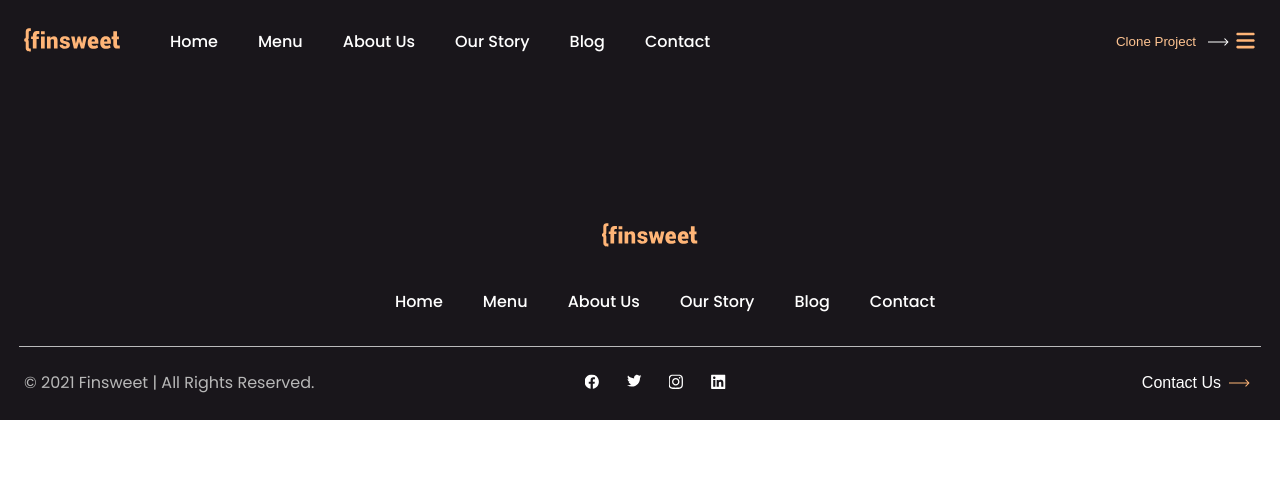
Repository: Minns-Cao/project-finsweet
Page: contact.html
The author's editor kept a copy of each file at every save. The page is drawn from the files as they stood at one save, then again after a run of saves.
The browser window is 1280 px wide. The pictures show the whole page.
Some web fonts or font styles are not loaded; a fallback is used.

Above is the page before, as saved 2023-04-28 15:19:02.

### contact.html
<!DOCTYPE html>
<html lang="en">
    <head>
        <meta charset="UTF-8" />
        <meta http-equiv="X-UA-Compatible" content="IE=edge" />
        <meta name="viewport" content="width=device-width, initial-scale=1.0" />
        <title>Finsweet</title>
        <!-- Reset CSS -->
        <link rel="stylesheet" href="./assets/css/reset.css" />
        <!-- Style -->
        <link rel="stylesheet" href="./assets/css/style.css" />
        <!-- Fonts -->
        <link rel="preconnect" href="https://fonts.googleapis.com" />
        <link rel="preconnect" href="https://fonts.gstatic.com" crossorigin />
        <link
            href="https://fonts.googleapis.com/css2?family=Playfair+Display:ital,wght@0,400;0,500;0,600;0,700;0,800;0,900;1,400;1,500;1,600;1,700;1,800;1,900&family=Poppins:ital,wght@0,300;0,400;0,500;0,600;1,300;1,400;1,500;1,600&display=swap"
            rel="stylesheet"
        />
    </head>
    <body>
        <!-- ========================================Contact Page================================================ -->
        <!-- Header -->
        <header class="fixed header">
            <div class="main-content">
                <div class="body">
                    <!-- Logo -->
                    <a href="./index.html"
                        ><img
                            src="./assets/img/Logo.svg"
                            alt="logo"
                            class="logo"
                    /></a>
                    <!-- Navigation -->
                    <div class="nav">
                        <ul>
                            <li>
                                <a href="./index.html">Home</a>
                            </li>
                            <li>
                                <a href="./menu.html">Menu</a>
                            </li>
                            <li>
                                <a href="./aboutUs.html">About Us</a>
                            </li>
                            <li>
                                <a href="./ourStory.html">Our Story</a>
                            </li>
                            <li>
                                <a href="./blog.html">Blog</a>
                            </li>
                            <li>
                                <a href="./contact.html">Contact</a>
                            </li>
                        </ul>
                    </div>
                    <!-- Action -->
                    <button class="action">
                        <span class="label">Clone Project</span>
                        <img
                            src="./assets/img/arrow-to-right.svg"
                            alt="arrow-to-right"
                            class="arrow-to-right"
                        />
                    </button>
                    <!-- Navigation Mobile -->
                    <div class="nav-mb-btn">
                        <svg
                            xmlns="http://www.w3.org/2000/svg"
                            viewBox="0 0 448 512"
                            width="21"
                            height="21"
                        >
                            <path
                                d="M0 96C0 78.3 14.3 64 32 64H416c17.7 0 32 14.3 32 32s-14.3 32-32 32H32C14.3 128 0 113.7 0 96zM0 256c0-17.7 14.3-32 32-32H416c17.7 0 32 14.3 32 32s-14.3 32-32 32H32c-17.7 0-32-14.3-32-32zM448 416c0 17.7-14.3 32-32 32H32c-17.7 0-32-14.3-32-32s14.3-32 32-32H416c17.7 0 32 14.3 32 32z "
                                fill="#FFB577"
                            />
                        </svg>
                    </div>
                </div>
            </div>
        </header>
        <!-- Footer -->
        <footer class="footer">
            <div class="main-content">
                <div class="body">
                    <!-- Logo -->
                    <a href="#"
                        ><img
                            src="./assets/img/Logo.svg"
                            alt="logo"
                            class="logo"
                    /></a>
                    <!-- Navigation -->
                    <div class="nav">
                        <ul>
                            <li>
                                <a href="./index.html">Home</a>
                            </li>
                            <li>
                                <a href="#">Menu</a>
                            </li>
                            <li>
                                <a href="./aboutUs.html">About Us</a>
                            </li>
                            <li>
                                <a href="./ourStory.html">Our Story</a>
                            </li>
                            <li>
                                <a href="./blog.html">Blog</a>
                            </li>
                            <li>
                                <a href="./contact.html">Contact</a>
                            </li>
                        </ul>
                    </div>
                    <!-- Contact-Footer -->
                    <div class="contact-footer">
                        <!-- Copyright -->
                        <div class="container">
                            <p class="copyright">
                                © 2021 Finsweet | All rights reserved.
                            </p>
                        </div>
                        <!-- Socials -->
                        <div class="socials-list">
                            <div class="social">
                                <img
                                    src="./assets/img/icon/icon_facebook.svg"
                                    alt="icon_facebook"
                                />
                            </div>
                            <div class="social">
                                <img
                                    src="./assets/img/icon/icon_twitter.svg"
                                    alt="icon_twitter"
                                />
                            </div>
                            <div class="social">
                                <img
                                    src="./assets/img/icon/icon_instagram.svg"
                                    alt="icon_instagram"
                                />
                            </div>
                            <div class="social">
                                <img
                                    src="./assets/img/icon/icon_linkin.svg"
                                    alt="icon_linkin"
                                />
                            </div>
                        </div>
                        <!-- action -->
                        <button
                            class="action"
                            onclick="window.location.href='./contact.html'"
                        >
                            <span class="label-med">Contact Us</span>
                            <svg
                                width="21"
                                height="8"
                                viewBox="0 0 21 8"
                                fill="none"
                                xmlns="http://www.w3.org/2000/svg"
                            >
                                <path
                                    d="M20.3536 4.35355C20.5488 4.15829 20.5488 3.84171 20.3536 3.64645L17.1716 0.464466C16.9763 0.269204 16.6597 0.269204 16.4645 0.464466C16.2692 0.659728 16.2692 0.976311 16.4645 1.17157L19.2929 4L16.4645 6.82843C16.2692 7.02369 16.2692 7.34027 16.4645 7.53553C16.6597 7.7308 16.9763 7.7308 17.1716 7.53553L20.3536 4.35355ZM0 4.5L20 4.5V3.5L0 3.5L0 4.5Z"
                                    fill="#FFB577"
                                />
                            </svg>
                        </button>
                    </div>
                </div>
            </div>
        </footer>
    </body>
</html>

### assets/css/style.css
* {
    box-sizing: border-box;
}

:root {
    --primary-color: #ffb577;
    --background-color: #19161b;
    --font-heading: Playfair Display, "serif";
}

html,
body {
    scroll-behavior: smooth;
}

html {
    font-size: 62.5%;
}

body {
    font-size: 1.6rem;
    font-family: "Poppins", sans-serif;
}

/* ================common=================*/
.main-content {
    width: 1280px;
    max-width: calc(100% - 48px);
    margin-left: auto;
    margin-right: auto;
}

a {
    text-decoration: none;
}

.btn {
    border: none;
    background: #ffb577;
    padding: 12px 24px;
}

.label-med {
    margin-right: 8px;
    font-weight: 500;
    font-size: 1.6rem;
    line-height: 1.5;
    color: #2e2d33;
}

.label-extransmall {
    font-weight: 500;
    font-size: 1.2rem;
    line-height: 1.33;
    color: #FFFFFF;
}

.heading {
    font-family: var(--font-heading);
    font-style: normal;
    color: #ffffff;
}

.lv1 {
    font-weight: 700;
    font-size: 5.6rem;
    line-height: 1.21;
}

.lv2 {
    font-weight: 700;
    font-size: 4.8rem;
    line-height: 1.21;
}

.lv3 {
    font-weight: 700;
    font-size: 3.3rem;
    line-height: 1.5;
}

.lv4 {
    font-weight: 700;
    font-size: 2rem;
    line-height: 1.5;
}

.lv5 {
    font-weight: 700;
    font-size: 1.4rem;
    line-height: 1.5;
}

.desc {
    font-weight: 400;
    font-size: 1.6rem;
    line-height: 1.75;
    color: #b8b8b8;
}

.caption {
    position: relative;
    display: inline-block;
    font-family: var(--font-heading);
    font-weight: 400;
    font-size: 1.6rem;
    line-height: 1.5;
    color: #ffb577;
}

.caption::after {
    position: absolute;
    content: "";
    display: block;
    width: 48px;
    border: 0.5px solid #ffffff;
    top: 50%;
    right: calc(-48px - 16px);
}

/* ================Header=================*/
.fixed {
    position: sticky;
    top: -20px;
    z-index: 1;
}

.header {
    background-color: var(--background-color);
}

.header .body {
    display: flex;
    align-items: center;
    padding: 28px 0px 8px;
}

.nav ul {
    display: flex;
    gap: 40px;
    margin-left: 50px;
}

.nav li a {
    font-weight: 500;
    font-size: 1.6rem;
    line-height: 1.5;
    color: #ffffff;
}

.header .action {
    display: flex;
    justify-content: center;
    align-items: center;
    margin-left: auto;
    border: none;
    background-color: var(--background-color);
}

.header .action .label {
    margin-right: 12px;
    color: #ffc492;
}

/* ================Footer=================*/

.footer {
    background-color: var(--background-color);
    padding-top: 160px;
    padding-bottom: 24px;
}

.footer .logo {
    display: block;
    margin-left: auto;
    margin-right: auto;
    transform: translateX(+10%);
}

.footer .nav{
    position: relative;
    display: flex;
    justify-content: center;
    align-items: center;

    margin-top: 43px;
}

.footer .nav::after {
    position: absolute;
    content: "";
    display: block;
    width: 97vw;
    height: 0.5px;
    background-color: #FFF;
    bottom: -32px;
    opacity: 0.7;
}

.contact-footer {
    display: flex;
    justify-content: space-between;
    align-items: center;
    margin-top: 56px;
}


.contact-footer .copyright {
    font-weight: 400;
    font-size: 1.6rem;
    line-height: 1.5;
    text-transform: capitalize;
    color: #B8B8B8;
}

.contact-footer .socials-list {
    display: flex;
    gap: 27px;
    transform: translateX(-50%);
}

.contact-footer .action {
    display: flex;
    justify-content: center;
    align-items: center;
    border: none;
    background-color: var(--background-color);
}

.contact-footer .action .label-med {
    color: #FFFFFF;
}


/* ==================Responsive==================== */

@media (max-width: 768px) {
    /* Header */
    .header .nav,
    .header .action {
        display: none;
    }

    /* Footer */
    .footer .logo {
        display: none;
    }

    .footer .nav ul {
        flex-direction: column;
        justify-content: center;
        align-items: center;
        transform: translateX(-50%);
    }

    .contact-footer {
        flex-direction: column-reverse;
        justify-content: center;
        align-items: center;
        gap: 10px;
    }

    .contact-footer .socials-list {
        justify-content: center;
        align-items: center;
        transform: translateX(0);
    }
}

Loaded but not shown: assets/css/reset.css (common file)

After the next 2 saves:
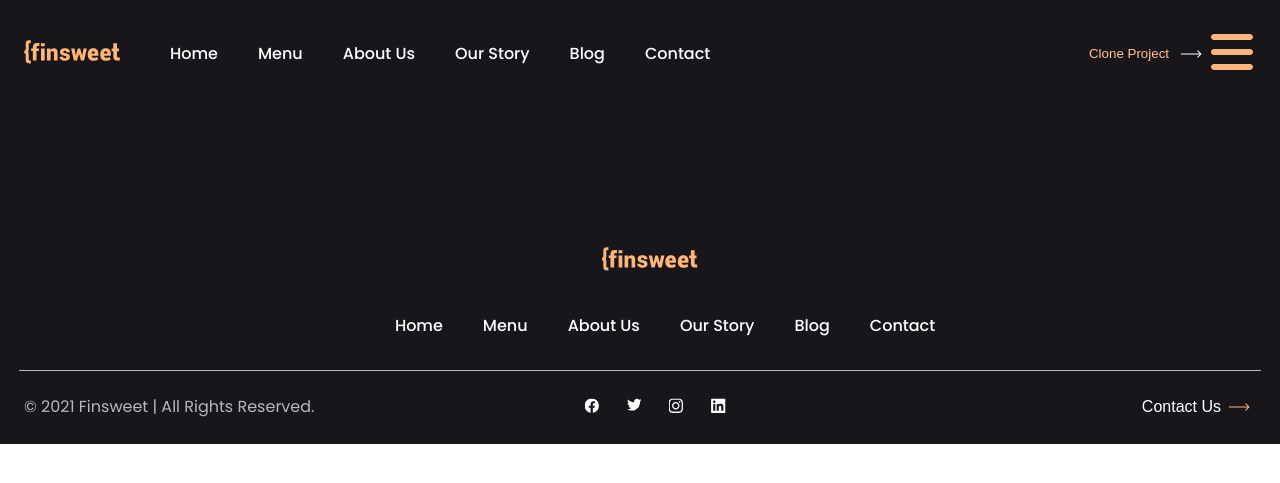
The 2 saves are shown as one change because they came seconds apart.
The last was saved 7 s later.
--- a/contact.html
+++ b/contact.html
@@ -67,8 +67,8 @@
                         <svg
                             xmlns="http://www.w3.org/2000/svg"
                             viewBox="0 0 448 512"
-                            width="21"
-                            height="21"
+                            width="48"
+                            height="48"
                         >
                             <path
                                 d="M0 96C0 78.3 14.3 64 32 64H416c17.7 0 32 14.3 32 32s-14.3 32-32 32H32C14.3 128 0 113.7 0 96zM0 256c0-17.7 14.3-32 32-32H416c17.7 0 32 14.3 32 32s-14.3 32-32 32H32c-17.7 0-32-14.3-32-32zM448 416c0 17.7-14.3 32-32 32H32c-17.7 0-32-14.3-32-32s14.3-32 32-32H416c17.7 0 32 14.3 32 32z "
